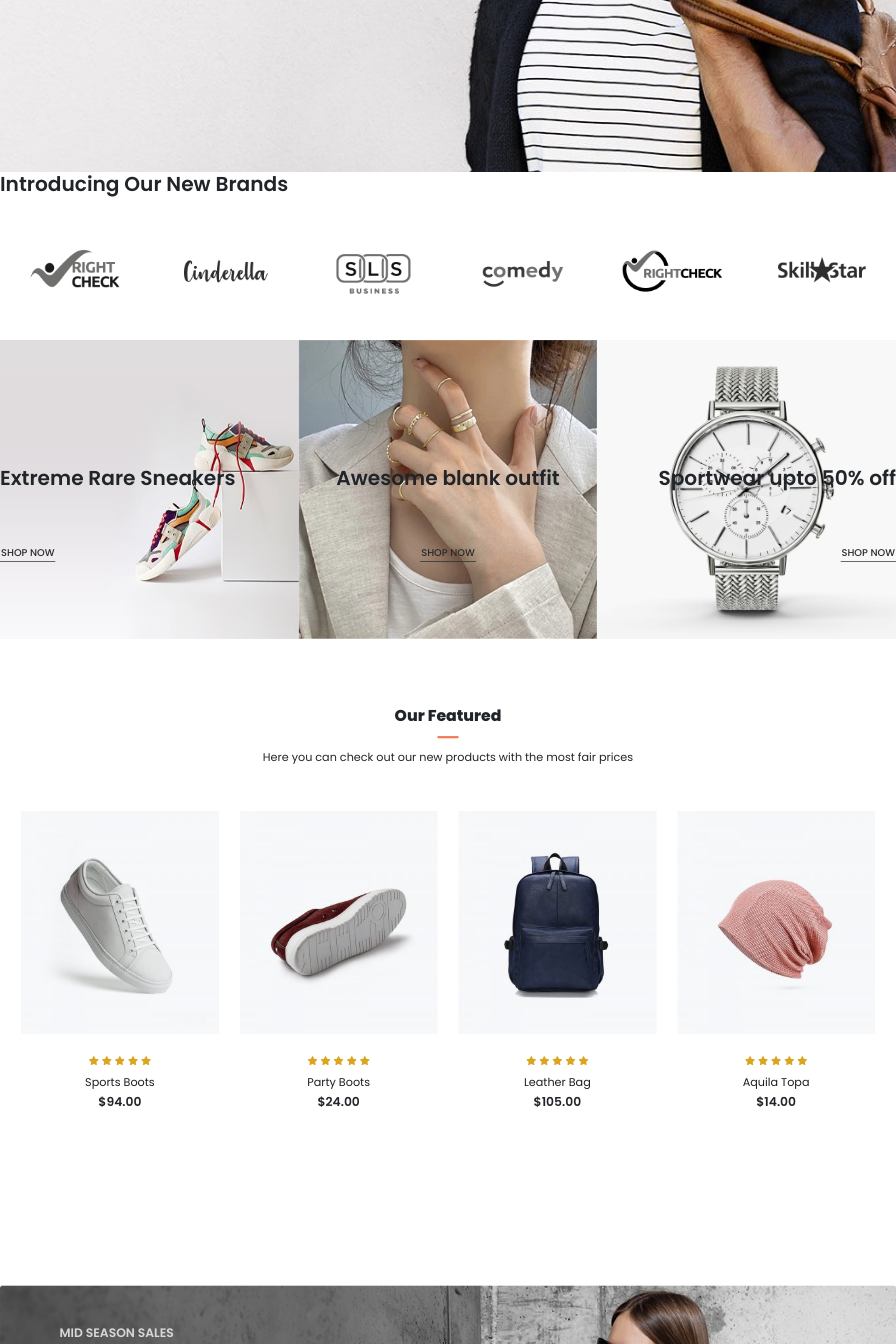
Repository: peter417waweru/e-commerce-UI
Page: index.html
The author's editor kept a copy of each file at every save. The page is drawn from the files as they stood at one save, then again after the next save.
The browser window is 1280 px wide. The pictures show the part of the page from y = 474 to 2394 px (the page is 5473 px tall before and 5463 px after), at 70% of full size.
Backgrounds fixed to the window are drawn as part of the page. Some web libraries are served in a nearby version.

Above is the page before, as saved 2025-02-08 11:47:36.

After the next save:
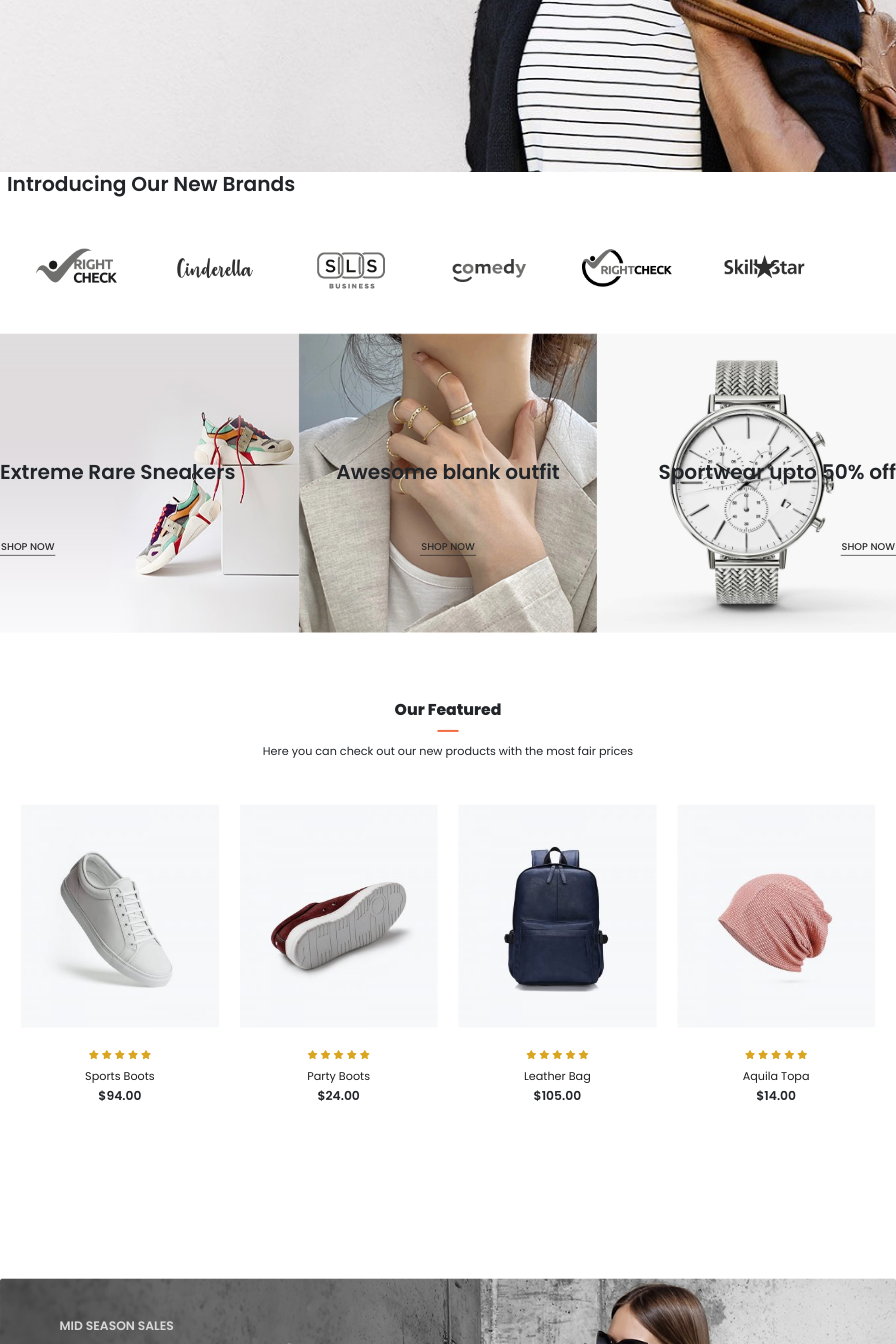
Saved 2 min 9 s later.
--- a/style.css
+++ b/style.css
@@ -338,3 +338,12 @@ footer .copyright a:hover{
   color: #fff;
   background-color: #fb774b;
 }
+
+.container-peter-html {
+  max-width: 1200px;
+  margin: 0;
+  padding: 0 10px;
+}
+.container-peter-html h1 {
+  font-size: 2.5rem;
+}
